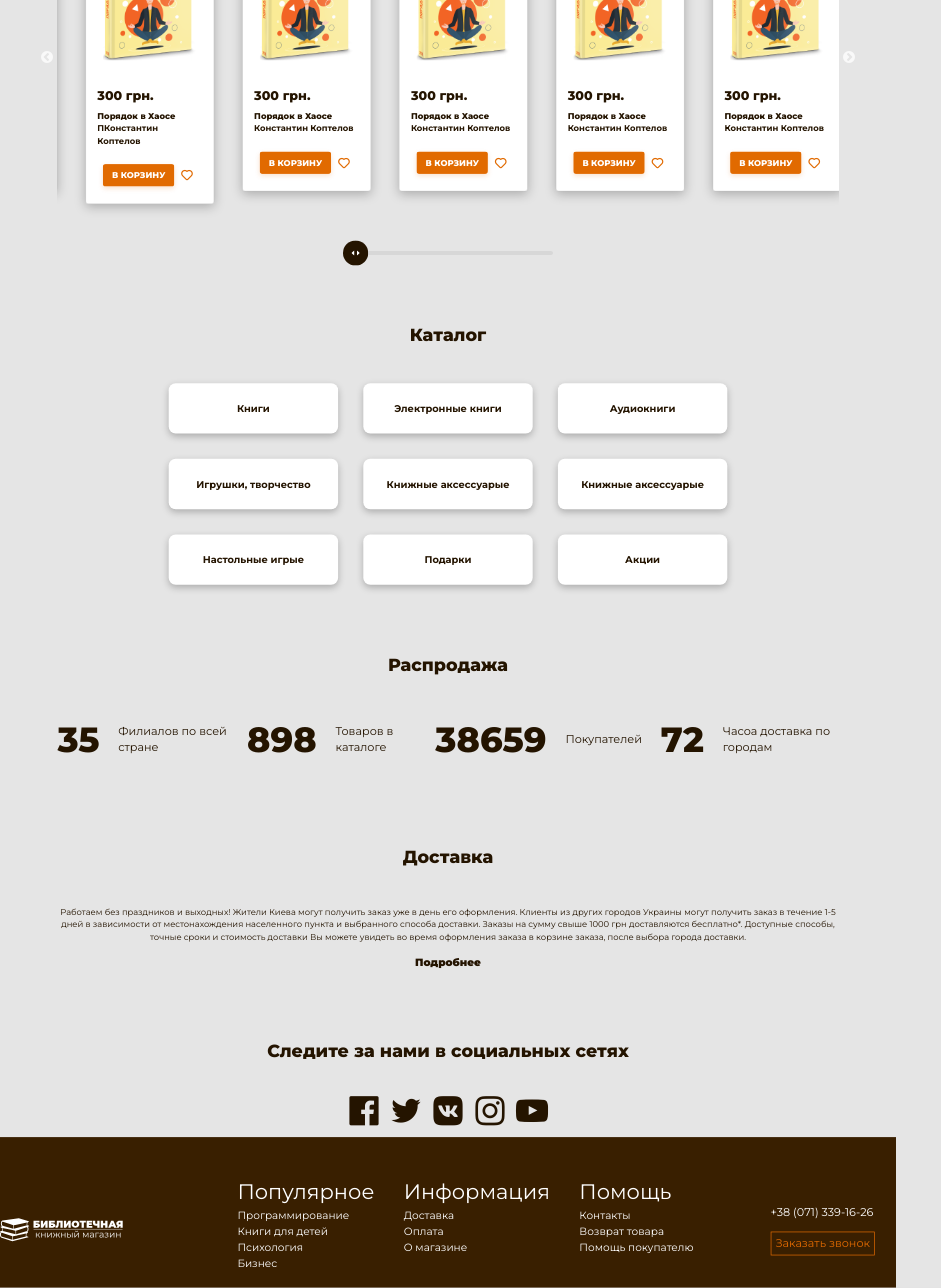
Repository: saidabbasun/Kutubxona
Page: /
These files come from the project's save history. The page is drawn as it stood at one moment and after the next save; the edit follows.
The browser window is 1280 px wide. The page is 1344 px wide, so the pictures cover 1344 px, including what lies to the right of the window. The pictures show the part of the page from y = 1788 to 3628 px (the page is 3628 px tall), at 70% of full size.
The project was rebuilt for these pictures with package versions that can differ from the ones it lists, and the page was loaded fresh each time.

Above is the page before, as saved 2022-05-30 19:22:27.

After the next save:
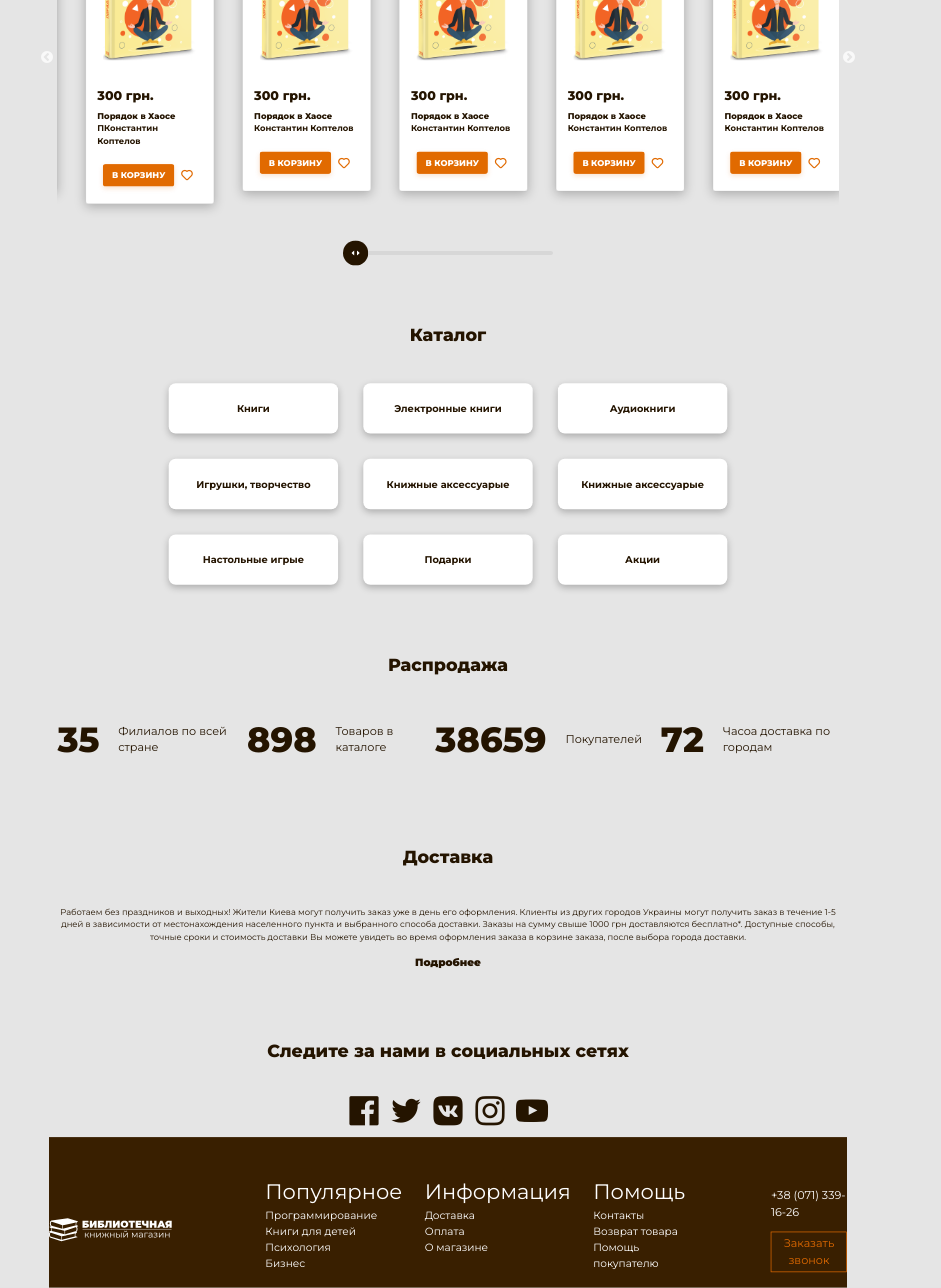
Saved 8 s later.
--- a/src/Components/Footer/Footer.jsx
+++ b/src/Components/Footer/Footer.jsx
@@ -4,7 +4,7 @@ import Logo from '../../assets/icon/FooterLogo.svg'
 
 const Footer = () => {
   return (
-    <div className='Footer container-fluid'>
+    <div className='Footer container-xl'>
         <div className="GridItem">
 
        <div>
